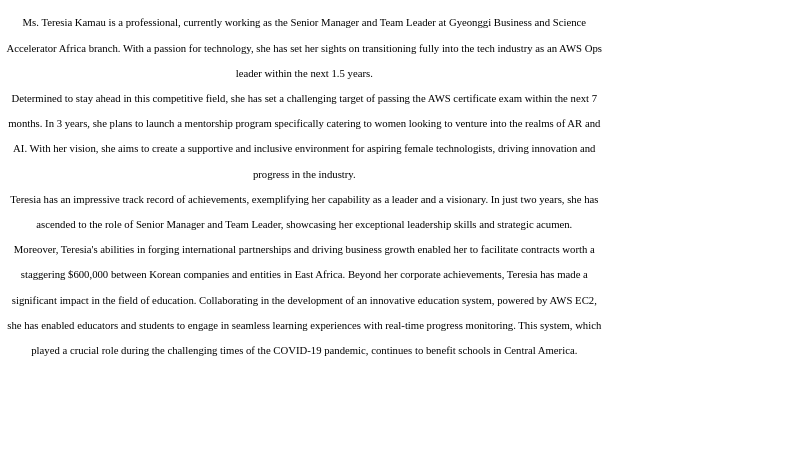
Repository: tessa5/developerPortfolio
Page: public/bio.html
The author's editor kept a copy of each file at every save. The page is drawn from the files as they stood at one save, then again after the next save.
The browser window is 1280 px wide. The pictures show the whole page, at 63% of full size.

Above is the page before, as saved 2023-08-07 12:47:33.

### public/bio.html
<!DOCTYPE html>
<html lang="en">
<head>
    <meta charset="UTF-8">
    <meta name="viewport" content="width=device-width, initial-scale=1.0">
    <title>Document</title>
    <link rel="stylesheet" href="bio.css"/>
</head>
<body>
    <p class="bio">
        Ms. Teresia Kamau is a professional, currently working as the Senior Manager and Team Leader at Gyeonggi Business and Science Accelerator Africa branch. With a passion for technology, she has set her sights on transitioning fully into the tech industry as an AWS Ops leader within the next 1.5 years. <br/>Determined to stay ahead in this competitive field, she has set a challenging target of passing the AWS certificate exam within the next 7 months.
In 3 years, she plans to launch a mentorship program specifically catering to women looking to venture into the realms of AR and AI. With her vision, she aims to create a supportive and inclusive environment for aspiring female technologists, driving innovation and progress in the industry.
<br/>Teresia has an impressive track record of achievements, exemplifying her capability as a leader and a visionary. In just two years, she has ascended to the role of Senior Manager and Team Leader, showcasing her exceptional leadership skills and strategic acumen. <br/>Moreover, Teresia's abilities in forging international partnerships and driving business growth enabled her to facilitate contracts worth a staggering $600,000 between Korean companies and entities in East Africa.
Beyond her corporate achievements, Teresia has made a significant impact in the field of education. Collaborating in the development of an innovative education system, powered by AWS EC2, she has enabled educators and students to engage in seamless learning experiences with real-time progress monitoring. This system, which played a crucial role during the challenging times of the COVID-19 pandemic, continues to benefit schools in Central America.

    </p>
</body>
</html>

### public/assets/styles/bio.css
.bio {
    width:950px;
    height:40px;
    line-height: 40px;
    text-align: center;
    margin-bottom: 9px;
    font-size: 17px;
}

After the next save:
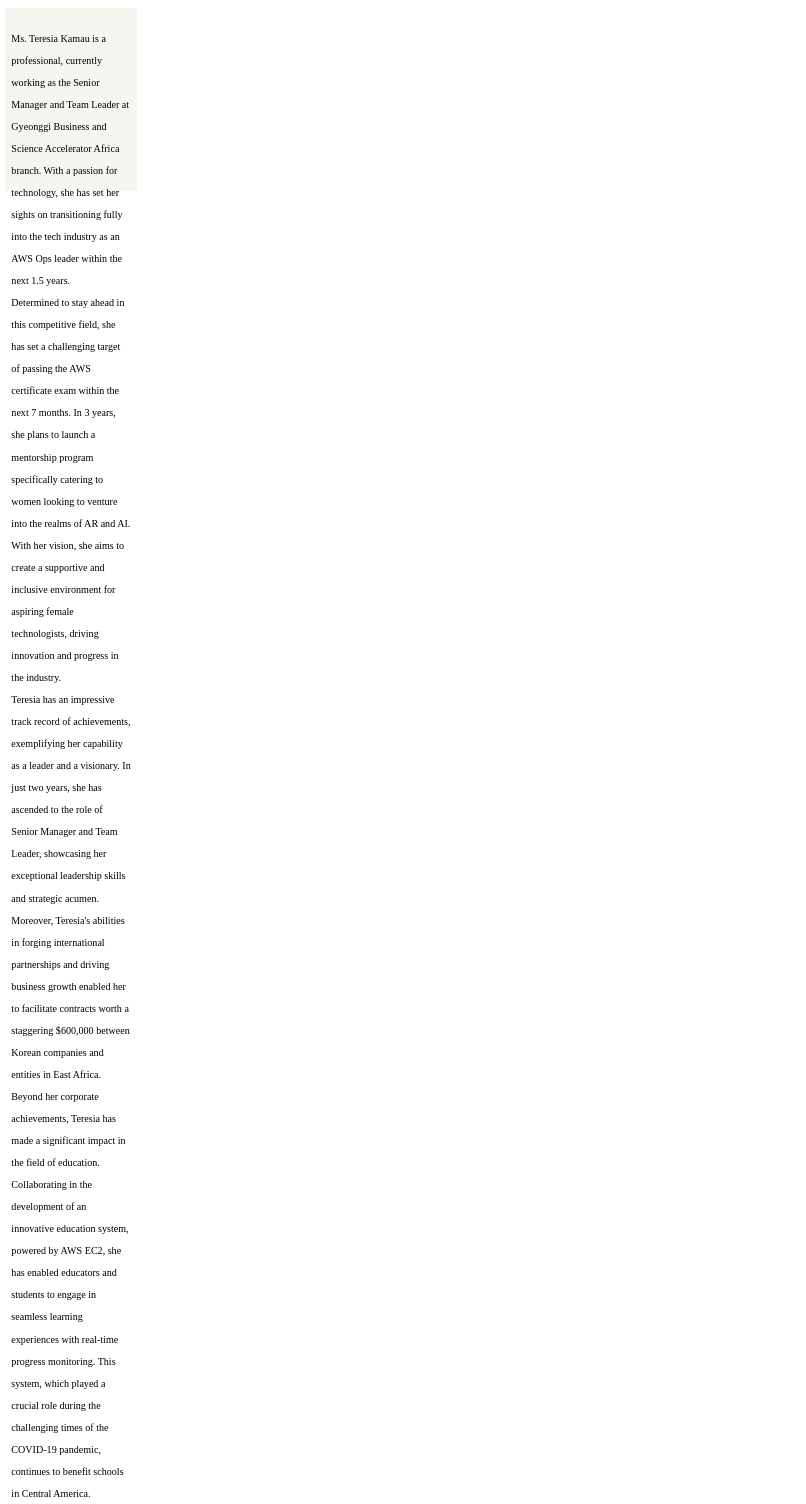
Saved 31 s later.
--- a/public/assets/styles/bio.css
+++ b/public/assets/styles/bio.css
@@ -1,8 +1,12 @@
 .bio {
-    width:950px;
-    height:40px;
-    line-height: 40px;
-    text-align: center;
-    margin-bottom: 9px;
-    font-size: 17px;
+    width:210px;
+    float: left;
+    height:290px;
+    line-height:35px;
+    background:#f6f5ef;
+    padding:10px;
+    margin-top:5px;
+    box-sizing: border-box;
+    word-break: keep-all;
+    padding-top:30px;
 }
